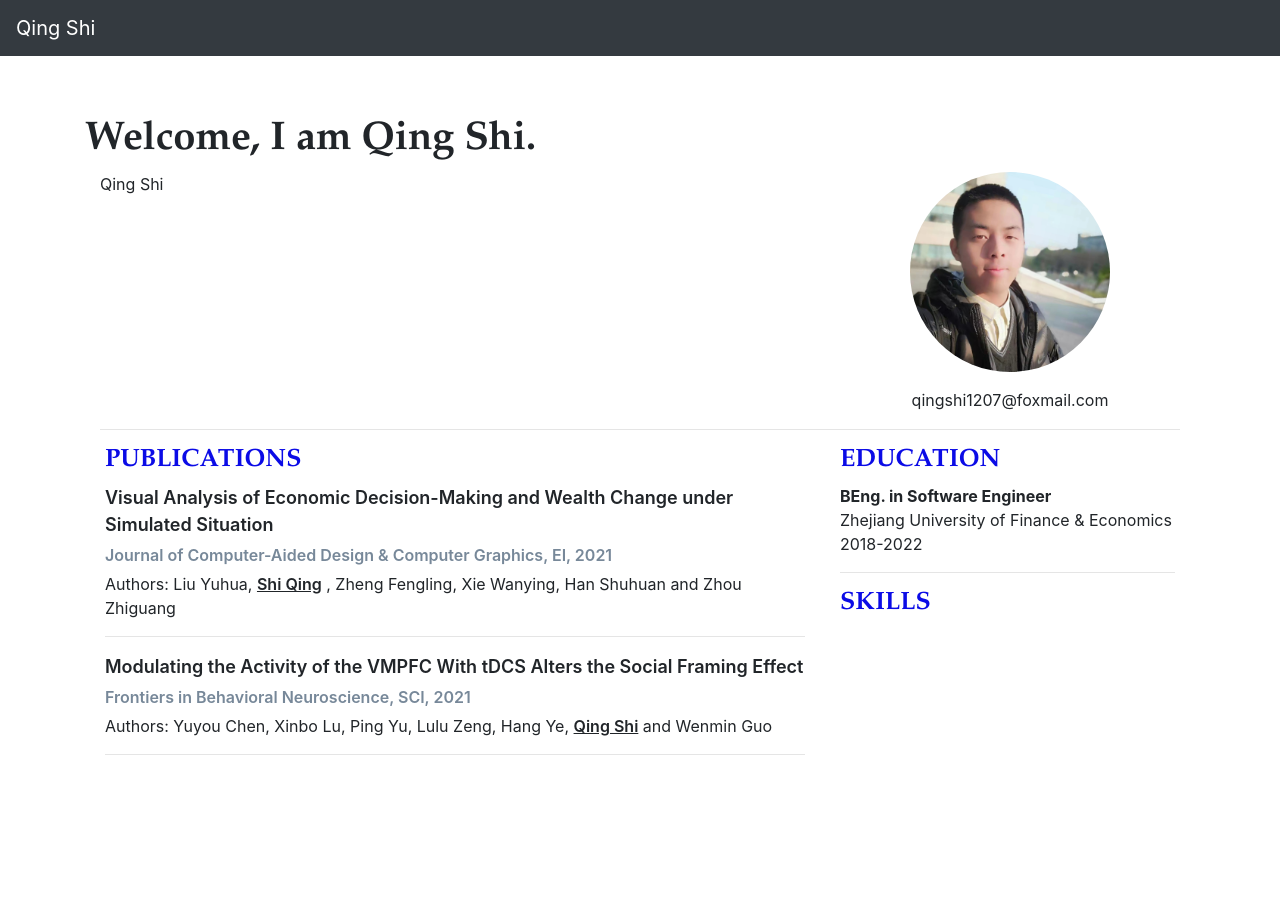
Repository: sqsssq/webpage
Page: index.html
An editor plug-in stored every save of this project. The page is shown before and after the next save, followed by the edit.
The browser window is 1280 px wide. The pictures show the whole page.
Some web libraries are served in a nearby version.

Above is the page before, as saved 2022-03-28 10:28:38.

### index.html
<!--
 * @Author: Qing Shi
 * @LastEditTime: 2022-03-28 10:27:08
 * @Knowledge:
 * @Description: my homepage
 * @Attention:
-->
<!doctype html>
<html lang="zh-CN">

<head>
    <!-- 必须的 meta 标签 -->
    <meta charset="utf-8">
    <meta name="viewport" content="width=device-width, initial-scale=1, shrink-to-fit=no">
    <title>Qing Shi</title>

    <!-- 新 Bootstrap4 核心 CSS 文件 -->
    <link rel="stylesheet" href="https://cdn.staticfile.org/twitter-bootstrap/4.3.1/css/bootstrap.min.css">

    <!-- jQuery文件。务必在bootstrap.min.js 之前引入 -->
    <script src="https://cdn.staticfile.org/jquery/3.2.1/jquery.min.js"></script>

    <!-- bootstrap.bundle.min.js 用于弹窗、提示、下拉菜单，包含了 popper.min.js -->
    <script src="https://cdn.staticfile.org/popper.js/1.15.0/umd/popper.min.js"></script>

    <!-- 最新的 Bootstrap4 核心 JavaScript 文件 -->
    <script src="https://cdn.staticfile.org/twitter-bootstrap/4.3.1/js/bootstrap.min.js"></script>

    <link rel="stylesheet" href="css/index.css">
    <link rel="shortcut icon" href="icon/bitbug_favicon.ico" />
</head>

<body>

    <nav class="navbar  navbar-dark bg-dark">
        <a class="navbar-brand" href="#">
            Qing Shi
        </a>

        <!-- <button type="button" class="btn btn-outline-primary">中/EN</button> -->
    </nav>

    <div class="container framework">
        <!-- Image and text -->
        <div class="webHeader row">
            <h1 id="ToptitleFont">Welcome, I am Qing Shi.</h1>
            <!-- <hr> -->
            <div class="webIntroduction col-lg-8">
                Qing Shi
            </div>

            <div class="webPhoto col-lg-4">
                <img src="photo/sq3.jpg">
                <div class="info">
                    <!-- <svg class="svg-inline--fa fa-envelope-square fa-w-14 fa-fw fa-lg mr-2" aria-hidden="true" focusable="false" data-prefix="fas" data-icon="envelope-square" role="img" xmlns="http://www.w3.org/2000/svg" viewBox="0 0 448 512" data-fa-i2svg=""><path fill="currentColor" d="M400 32H48C21.49 32 0 53.49 0 80v352c0 26.51 21.49 48 48 48h352c26.51 0 48-21.49 48-48V80c0-26.51-21.49-48-48-48zM178.117 262.104C87.429 196.287 88.353 196.121 64 177.167V152c0-13.255 10.745-24 24-24h272c13.255 0 24 10.745 24 24v25.167c-24.371 18.969-23.434 19.124-114.117 84.938-10.5 7.655-31.392 26.12-45.883 25.894-14.503.218-35.367-18.227-45.883-25.895zM384 217.775V360c0 13.255-10.745 24-24 24H88c-13.255 0-24-10.745-24-24V217.775c13.958 10.794 33.329 25.236 95.303 70.214 14.162 10.341 37.975 32.145 64.694 32.01 26.887.134 51.037-22.041 64.72-32.025 61.958-44.965 81.325-59.406 95.283-70.199z"></path></svg> -->
                    qingshi1207@foxmail.com
                </div>
            </div>
        </div>
        <hr>
        <div class="webMain row">
            <div class="col-lg-8" style="padding-left: 20px; padding-right: 20px;">
                <div id="webPublication">
                    <h3 id="titleFont">
                        PUBLICATIONS
                    </h3>
                    <div class="totalPublic">
                        <div class="public">
                            <p class="ptitle">
                                Visual Analysis of Economic Decision-Making and Wealth Change under Simulated Situation
                            </p>

                            <p class="pub">
                                <span class="full">Journal of Computer-Aided Design & Computer Graphics, EI, 2021</span>
                            </p>
                            <p class="pauthor">
                                <span class="author">Authors:&nbsp;Liu Yuhua,</span>
                                <span class="me">Shi Qing</span>
                                <span class="author">, Zheng Fengling, Xie Wanying, Han Shuhuan and Zhou
                                    Zhiguang</span>
                            </p>
                        </div>
                        <hr>
                        <div class="public">
                            <p class="ptitle">
                                Modulating the Activity of the VMPFC With tDCS Alters the Social Framing Effect
                            </p>

                            <p class="pub">
                                <span class="full">Frontiers in Behavioral Neuroscience, SCI, 2021</span>
                            </p>
                            <p class="pauthor">
                                <span class="author">Authors:&nbsp;Yuyou Chen, Xinbo Lu, Ping Yu, Lulu Zeng, Hang Ye,</span>
                                <span class="me">Qing Shi</span>
                                <span class="author"> and Wenmin Guo</span>
                            </p>
                        </div>
                    </div>
                </div>
                <hr>
            </div>
            <div class="col-lg-4" style="padding-right: 20px;">
                <div id="webEducation">
                    <h3 id="titleFont">
                        <!-- ::before -->
                        EDUCATION
                    </h3>
                    <a style="font-weight: bold;">BEng. in Software Engineer</a>
                    <br>
                    Zhejiang University of Finance & Economics
                    <br>
                    2018-2022
                </div>
                <hr>
                <div id="webSkill">
                    <h3 id="titleFont">SKILLS</h3>
                </div>
            </div>
        </div>
</body>

</html>

### css/index.css
* {
    margin: 0;
    padding: 0;
}

body {
    /* font-family:Georia,serif; */
    background: #ffffff;
    /* font-weight:bold; */
    /* font-size:15px; */
    /* color:#333;
    overflow: hidden; */
    -webkit-font-smoothing: antialiased;
}

.framework {
    /* height: 1000px; */
    margin-top: 30px;
    margin-bottom: 100px;
    padding: 30px 30px 30px 30px;
    width: 90%;
    /* border-color: black; */
    /* border-width: 3px; */
    /* border-style: solid; */
    /* box-shadow: darkgrey 0px 0px 30px 5px ; */
}

/* *, *::before, *::after {
    box-sizing: border-box;
} */

#ToptitleFont {
    /* Garamond */
    font-family: Garamond;
    font-weight: bold;
}

#titleFont {
    /* Garamond */
    font-family: Garamond;
    font-weight: bold;
    font-size: 25px;
    color: rgb(11, 11, 230)
}

.public {
}

.public p{
    margin-bottom: 5px;
    line-height: 1.5;

}

.public .ptitle {
    font-weight: 600;
    font-size: 18px;
}

.public .pauthor {
    font-size: 16px;
    font-weight: 400;
}

.public .me {
    font-weight: 600;
    text-decoration: underline;
}
.public .pub {
    display: flex;
    align-items: center;
    flex-wrap: wrap;
}

.public .full {
    font-size: 16px;
    font-weight: 600;
    color: lightslategray;
}

/* #titleFont:before {
    content: "";
    display: inline-block;
    width: 5px;
    height: 100%;
    background: #54b689;
    position: absolute;
    left: 0;
    top: 0;
} */

.webPhoto {
    /* align-items: center; */
    /* background-color: aqua; */
    display: flex;
    flex-direction: column;
    justify-content: center;
    align-items: center;
}

.webPhoto img {
    border-radius: 50%;
}

img {
    vertical-align: middle;
    border-style: none;
    height: 200px;
    width: 200px;
}

.webPhoto .info {
    margin-top: 15px;
    text-align: center;
    line-height: 1.64;
}

/*chrome--------------------------------------------start*/
::-webkit-scrollbar {
    width: 8px;
    height: 8px;
}

/* Track */
::-webkit-scrollbar-track {
    background: #ffffff;
    border-radius: 8px;
}

/* Handle */
::-webkit-scrollbar-thumb {
    background: rgb(201, 201, 202);
    border-radius: 8px;
}

/* Handle on hover */
::-webkit-scrollbar-thumb:hover {
    background: rgb(162, 162, 163);
}

.el-menu::-webkit-scrollbar,
.el-table__body-wrapper::-webkit-scrollbar {
    display: none;
}

.el-menu:hover::-webkit-scrollbar,
.el-table__body-wrapper:hover::-webkit-scrollbar {
    display: block;
}

/*chrome--------------------------------------------end*/

After the next save:
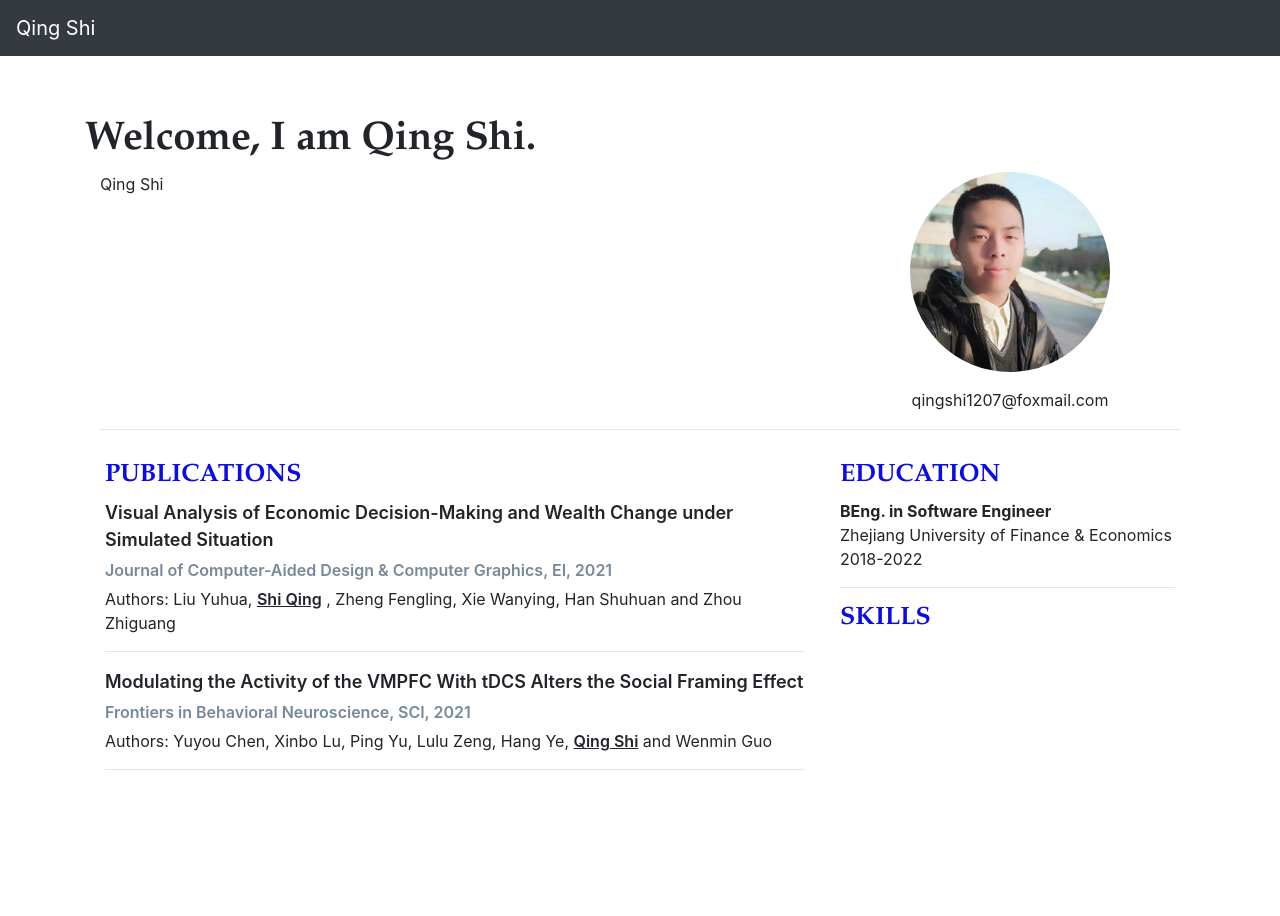
Saved 6 min 11 s later.
--- a/css/index.css
+++ b/css/index.css
@@ -40,7 +40,8 @@ body {
     font-family: Garamond;
     font-weight: bold;
     font-size: 25px;
-    color: rgb(11, 11, 230)
+    color: rgb(11, 11, 230);
+    margin-top: 15px;;
 }
 
 .public {
